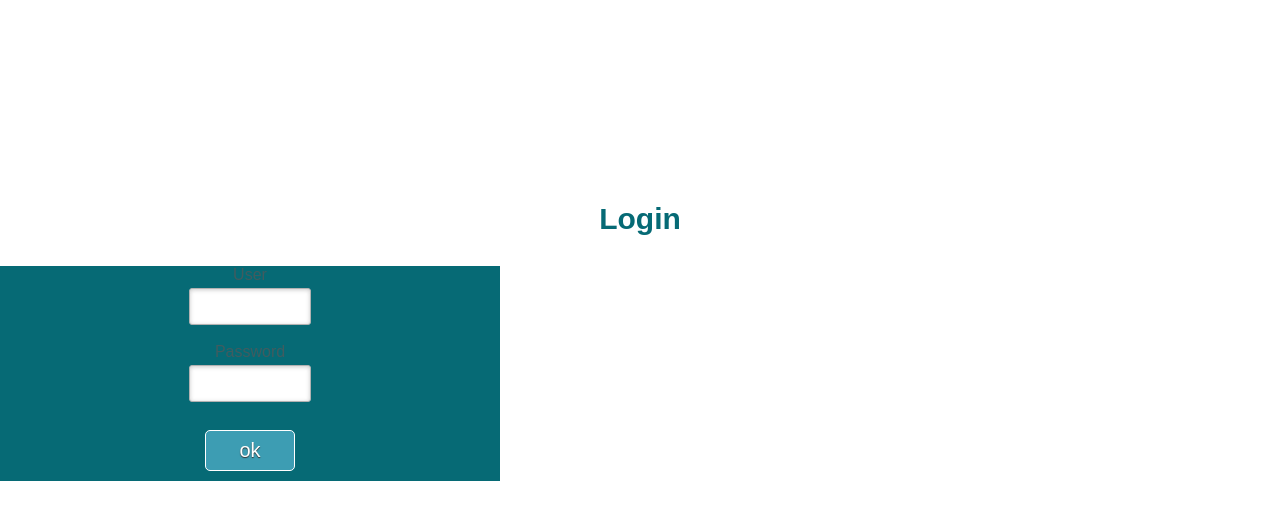
Repository: fontanive12/Biblioteca
Page: front/login.html
These files come from the project's save history. The page is drawn as it stood at one moment and after the next save; the edit follows.
The browser window is 1280 px wide. The pictures show the whole page.

Above is the page before, as saved 2022-09-07 18:04:08.

### front/login.html
<!DOCTYPE html>
<html lang="en">

<head>
    <meta charset="UTF-8">
    <meta http-equiv="X-UA-Compatible" content="IE=edge">
    <meta name="viewport" content="width=device-width, initial-scale=1.0">
    <link rel="stylesheet" href="login.css">
    <title>Document</title>
</head>

<body>
    <div class="containerLogin">
        <h1>Login</h1>
        <div class="containerLabel">
            <div class="lineLogin">
                <label for="userLogin">User</label>
                <br />
                <input id="userLogin">
            </div>
            <br />
            <div class="lineLogin">
                <label for="passwordLogin">Password</label>
                <br />
                <input type="password" name="passwordLogin" id="passwordLogin">
            </div>
            <br />
            <button id="button" onclick="checkTable()">ok</button>
        </div>
    </div>

</body>
<script src="login.js"></script>
<script src="https://unpkg.com/axios/dist/axios.min.js"></script>

</html>

### front/login.css
/* CSS reset */
*, *:before, *:after {
    margin:0;
    padding:0;
    font-family: Arial,sans-serif;
  }

  .containerLabel {
    width: 500px;
    background-color: #066a75;
    text-align: center;
  }

  /* remove a linha dos links */
  a{
    text-decoration: none;
  }

  /* esconde as ancoras da tela */
  a.links{
    display: none;
  }

  .containerLogin {
    text-align: center;
    margin-top: 200px;
  }

  .content{
    width: 500px;
    min-height: 560px;
    margin: 0px auto;
    position: relative;
  }

  h1{
    font-size: 30px;
    color: #066a75;
    padding: 2px 0 10px 0;
    font-family: Arial,sans-serif;
    font-weight: bold;
    text-align: center;
    padding-bottom: 30px;
  }



  p{
    margin-bottom:15px;
  }

  .content p:first-child{
    margin: 0px;
  }

  label{
    color: #405c60;
    position: relative;
  }

  /* placeholder */
::-webkit-input-placeholder  {
    color: #bebcbc;
    font-style: italic;
  }

  input:-moz-placeholder,
  textarea:-moz-placeholder{
    color: #bebcbc;
    font-style: italic;
  }

  input {
    outline: none;
  }

  /*estilo dos input,  menos o checkbox */
  input:not([type="checkbox"]){
    width: 20%;
    margin-top: 4px;
    padding: 10px;
    border: 1px solid #b2b2b2;

    -webkit-border-radius: 3px;
    border-radius: 3px;

    -webkit-box-shadow: 0px 1px 4px 0px rgba(168, 168, 168, 0.6) inset;
    box-shadow: 0px 1px 4px 0px rgba(168, 168, 168, 0.6) inset;

    -webkit-transition: all 0.2s linear;
    transition: all 0.2s linear;
  }

  /* estilo do botão submit */
  button{
    width: 18%!important;
    cursor: pointer;
    background: rgb(61, 157, 179);
    padding: 8px 5px;
    color: #fff;
    font-size: 20px;
    border: 1px solid #fff;
    margin-bottom: 10px;
    margin-top: 10px;
    text-shadow: 0 1px 1px #333;
    -webkit-border-radius: 5px;
    border-radius: 5px;
    transition: all 0.2s linear;
  }

### front/login.js
const ENDPOINT = "http://localhost:3000";

const checkTable = () => {
    axios.get(`${ENDPOINT}/users`)
        .then((response) => {
            if (response.status === 200) {
                const data = response.data;

                const input1 = document.querySelector("#userLogin");
                const userLogin = input1.value;

                const input2 = document.querySelector("#passwordLogin");
                const passwordLogin = input2.value;

                let validation = false;

                for (let i = 0; i < data.length; i++) {

                    if (userLogin === data[i].email && passwordLogin === data[i].password) {
                        validation = true;
                    }
                }

                if (validation === true) {
                    window.location.href = "initialPage.html";
                } else {
                    alert('error')
                }

                console.log(data)
            }
        })
};

After the next save:
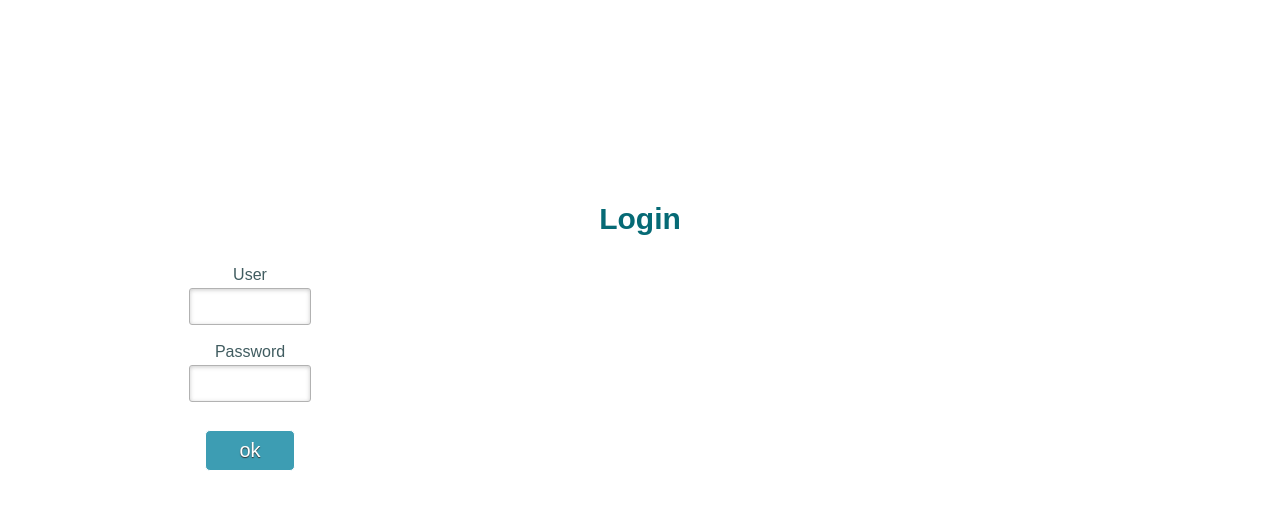
Saved 11 s later.
--- a/front/login.css
+++ b/front/login.css
@@ -7,7 +7,7 @@
 
   .containerLabel {
     width: 500px;
-    background-color: #066a75;
+    /* background-color: #066a75; */
     text-align: center;
   }
 
